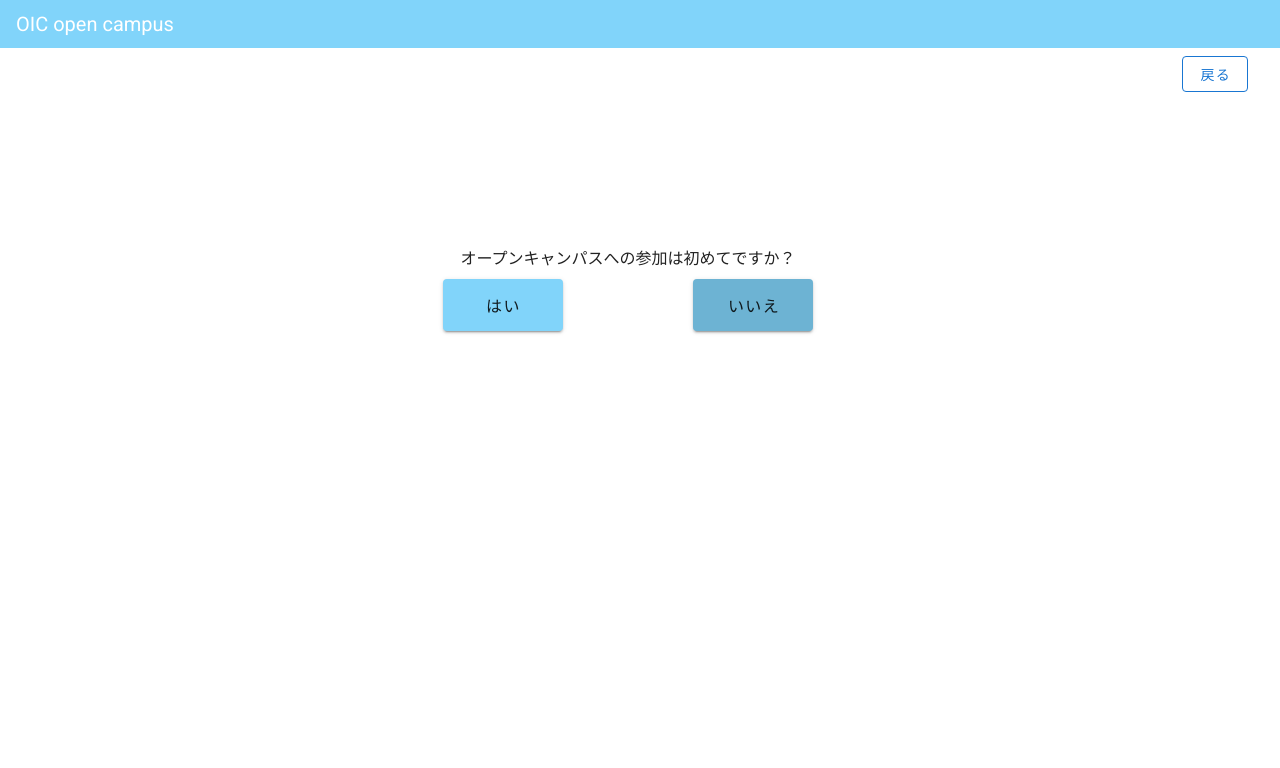
Repository: taniwhy/open-campus-system
Page: /#/branch (app in client_view/)
An editor plug-in stored every save of this project. The page is shown before and after the next save, followed by the edit.
The browser window is 1280 px wide. The pictures show the whole page.
The project was rebuilt for these pictures with package versions that can differ from the ones it lists, and the page was loaded fresh each time. Also part of the build but not shown: client_view/vue.config.js, client_view/src/components/Home.vue, client_view/src/components/Login.vue, client_view/src/components/Register.vue.

Above is the page before, as saved 2019-11-28 10:50:36.

After the next save:
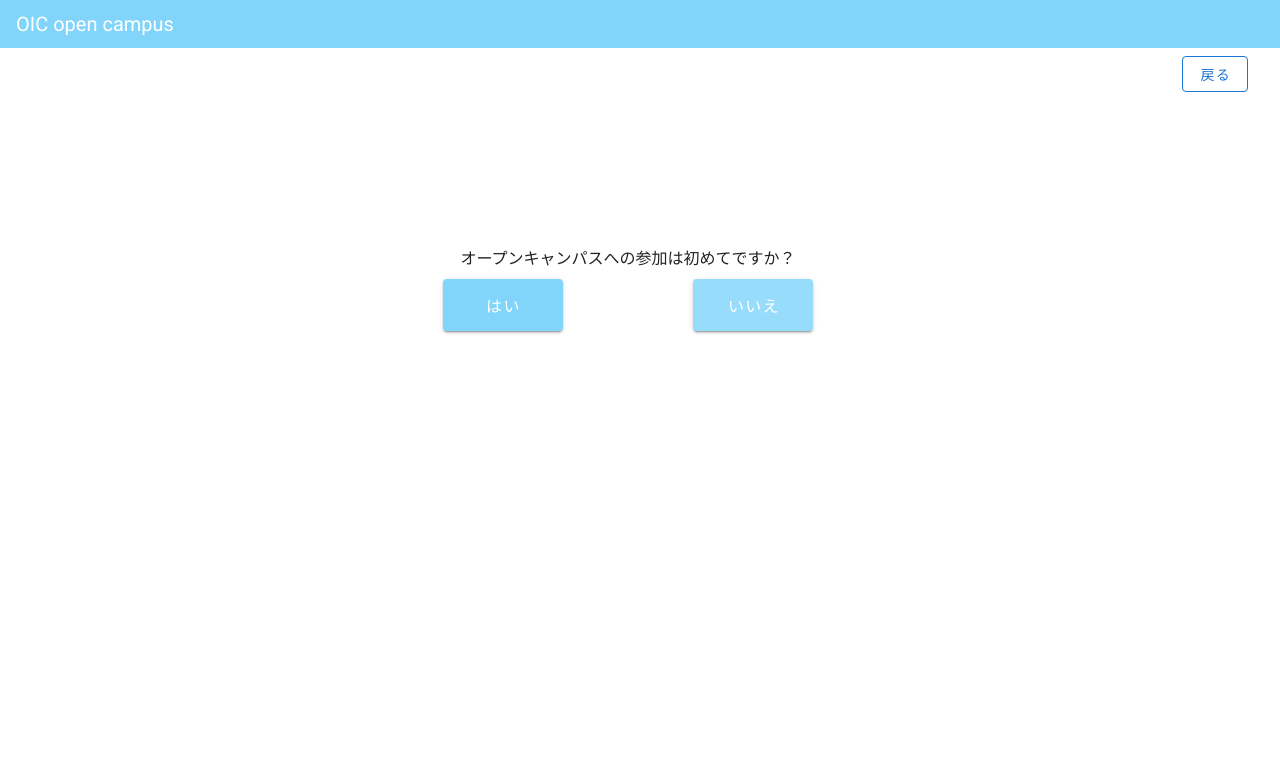
Saved 26 s later.
--- a/client_view/src/components/Branch.vue
+++ b/client_view/src/components/Branch.vue
@@ -21,7 +21,7 @@
             <v-col>
               <v-row align="center" justify="end" style="width: 100%;">
                 <div class="my-2">
-                  <v-btn flat to="/register" x-large color="light-blue lighten-3" width=120px>はい</v-btn>
+                  <v-btn class="white--text" flat to="/register" x-large color="light-blue lighten-3" width=120px>はい</v-btn>
                 </div>
               </v-row>
             </v-col>
@@ -29,7 +29,7 @@
             <v-col>
               <v-row align="center" justify="start" style="width: 100%;">
                 <div class="my-2">
-                  <v-btn flat to="/branch" x-large color="light-blue lighten-3" width=120px>いいえ</v-btn>
+                  <v-btn class="white--text" flat to="/branch" x-large color="light-blue lighten-3" width=120px>いいえ</v-btn>
                 </div>
               </v-row>
             </v-col>
